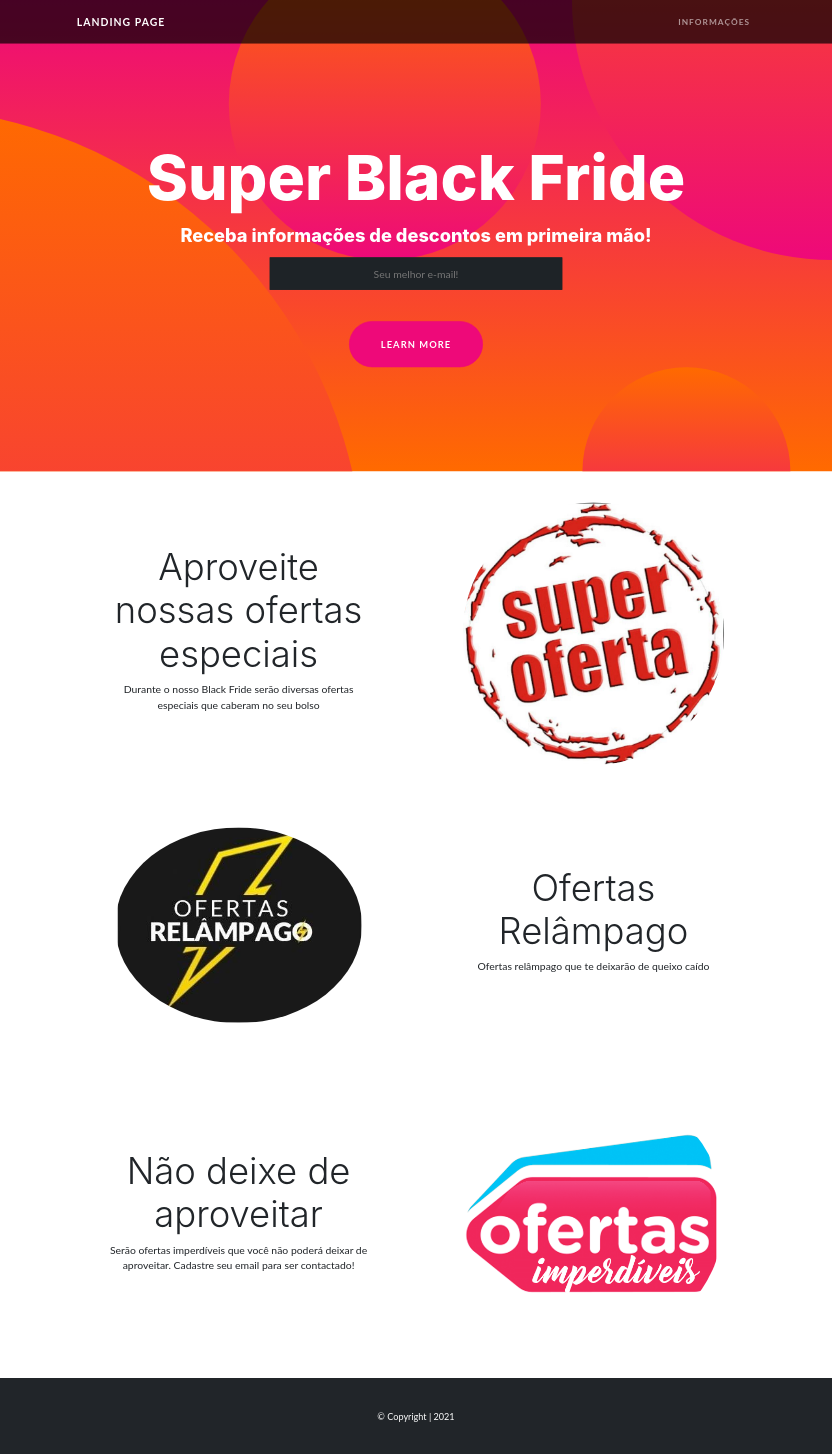
Repository: jrfalcao/landing-page
Page: /
These files come from the project's save history. The page is drawn as it stood at one moment and after the next save; the edit follows.
The browser window is 1280 px wide. The pictures show the whole page, at 65% of full size.
The project was rebuilt for these pictures with package versions that can differ from the ones it lists, and the page was loaded fresh each time.

Above is the page before, as saved 2021-07-18 22:37:58.

### src/App.js
import NavBar from './Components/NavBar';
import Header from './Components/Header';
import Promotion from './Components/Promotion';
import Footer from './Components/Footer';

import './assets/css/App.css';
import Image01 from './assets/img/super_oferta.jpg'
import Image02 from './assets/img/oferta_relampago.jpg'
import Image03 from './assets/img/ofertas_imperdiveis.png'


function App() {
  return (
    <div className="App">
      <NavBar />
      <Header />
      <Promotion
        imageDir={true}
        imgUrl={Image01}
        promoTitle="Aproveite nossas ofertas especiais"
        description="Durante o nosso Black Fride serão diversas ofertas especiais que caberam no seu bolso"
      />
      <Promotion
        imageDir={false}
        imgUrl={Image02}
        promoTitle="Ofertas Relâmpago"
        description="Ofertas relâmpago que te deixarão de queixo caído"
      />
      <Promotion
        imageDir={true}
        imgUrl={Image03}
        promoTitle="Não deixe de aproveitar"
        description="Serão ofertas imperdíveis que você não poderá deixar de aproveitar. Cadastre seu email para ser contactado!"
      />

      <Footer />
    </div>
  );
}

export default App;

### src/Components/NavBar.js
export default function NavBar() {
	return (
		<nav className="navbar navbar-expand-lg navbar-dark navbar-custom fixed-top">
			<div className="container px-5">
				<span className="navbar-brand">Landing Page</span>
				<button className="navbar-toggler" type="button" data-bs-toggle="collapse" data-bs-target="#navbarResponsive" aria-controls="navbarResponsive" aria-expanded="false" aria-label="Toggle navigation"><span className="navbar-toggler-icon"></span></button>
				<div className="collapse navbar-collapse" id="navbarResponsive">
					<ul className="navbar-nav ms-auto">
						<li className="nav-item"><a className="nav-link" href="#scroll">Informações</a></li>
					</ul>
				</div>
			</div>
		</nav>
	);
}

### src/Components/Header.js
import React, {useState} from 'react';

export default function Header() {
	const [ email, setEmail ] = useState('');

	return (
		<header className="masthead text-center text-white">
			<div className="masthead-content">
				<div className="container px-5">
					<h1 className="masthead-heading mb-0">Super Black Fride</h1>
					<h3 className="m-3">Receba informações de descontos em primeira mão!</h3>
					<input className="input-email" type="email" value={email} placeholder="Seu melhor e-mail!" onChange={ e => setEmail(e.target.value)} />
					<a className="btn btn-primary btn-xl rounded-pill mt-5" href="#scroll">Learn More</a>
				</div>
			</div>
			<div className="bg-circle-1 bg-circle"></div>
			<div className="bg-circle-2 bg-circle"></div>
			<div className="bg-circle-3 bg-circle"></div>
			<div className="bg-circle-4 bg-circle"></div>
		</header>
	);
}

### src/Components/Promotion.js
import React from 'react';

export default function Promotion(props) {
	return (
		<section id="scroll">
			<div className="container px-5">
				<div className="row gx-5 align-items-center">
					<div className={props.imageDir ? "col-lg-6 order-lg-2" : 'col-lg-6'}>
						<div className="p-5"><img className="img-fluid rounded-circle" src={props.imgUrl} alt={props.promoTitle} /></div>
					</div>
					<div className={props.imageDir ? "col-lg-6 order-lg-1" : 'col-lg-6'}>
						<div className="p-5">
							<h2 className="display-4">{props.promoTitle}</h2>
							<p>{props.description}</p>
						</div>
					</div>
				</div>
			</div>
		</section>
	);
}

### src/Components/Footer.js
import React from 'react';

export default function Footer() {

	return (
		<footer className="py-5 bg-dark">
			<div className="container px-5"><p className="m-0 text-center text-white small">&copy; Copyright | 2021</p></div>
		</footer>
	);
}

### src/assets/css/App.css
.App {
  text-align: center;
}

.App-logo {
  height: 40vmin;
  pointer-events: none;
}

@media (prefers-reduced-motion: no-preference) {
  .App-logo {
    animation: App-logo-spin infinite 20s linear;
  }
}

.App-header {
  background-color: #282c34;
  min-height: 100vh;
  display: flex;
  flex-direction: column;
  align-items: center;
  justify-content: center;
  font-size: calc(10px + 2vmin);
  color: white;
}

.App-link {
  color: #61dafb;
}

.input-email {
  background-color: rgb(30, 35, 39);
  border: solid 1px rgb(30, 35, 39);
  width: 450px;
  height: 50px;
  display: block;
  margin: auto;
  color: #CCC;
  text-align: center;
}

Loaded but not shown: public/index.html (common file); src/index.js (common file); src/index.css (library); src/reportWebVitals.js (common file)

After the next save:
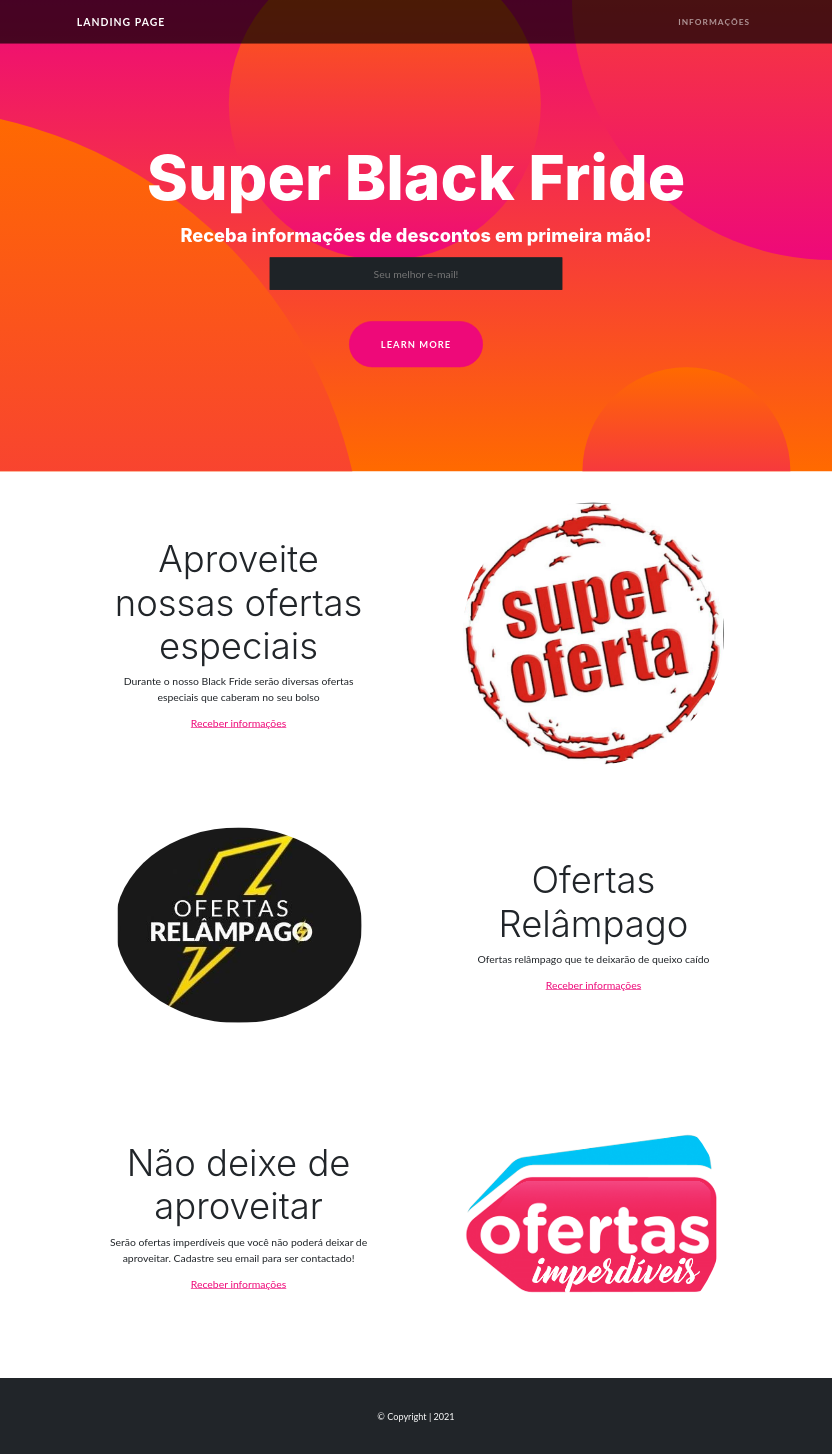
Saved 3 min 11 s later.
--- a/src/Components/Promotion.js
+++ b/src/Components/Promotion.js
@@ -12,6 +12,7 @@ export default function Promotion(props) {
 						<div className="p-5">
 							<h2 className="display-4">{props.promoTitle}</h2>
 							<p>{props.description}</p>
+							<a href="#masthead">Receber informações</a>
 						</div>
 					</div>
 				</div>
